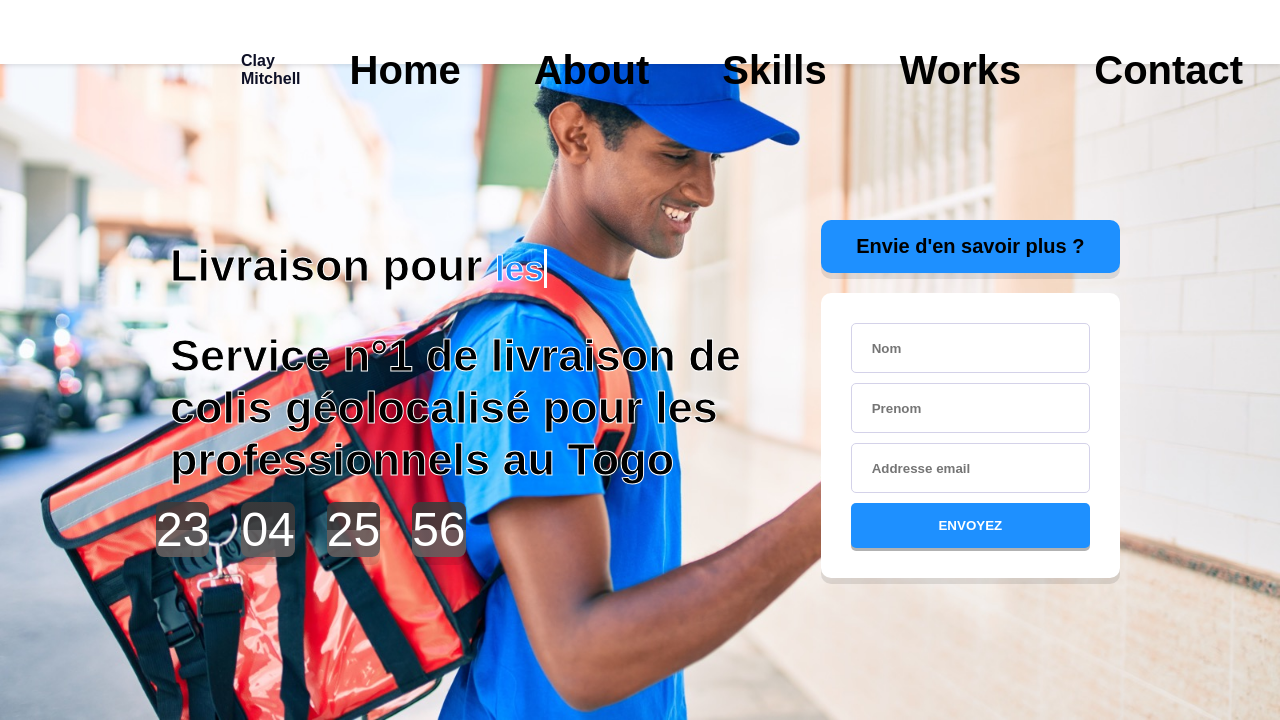
Repository: lawalalao/landpage
Page: index.html
An editor plug-in stored every save of this project. The page is shown before and after the next save, followed by the edit.
The browser window is 1280 px wide. The pictures show the whole page.
Some web fonts or font styles are not loaded; a fallback is used.

Above is the page before, as saved 2021-01-14 18:50:27.
Console error: TypeError: Cannot read properties of null (reading 'addEventListener')
Not found: assets/img/perfil.jpg

### index.html
<!DOCTYPE html>
<html lang="en">
<head>
    <meta charset="UTF-8">

    <meta name="viewport" content="width=device-width, initial-scale=1.0">
    <link rel="shortcut icon" type="image/x-icon" href="./assets/icone.png">
    <meta http-equiv="refresh" content="30">
    <link href="./assets/fontawesome-free-5.15.1-web/css/all.css" rel="stylesheet">
    <link rel="preconnect" href="https://fonts.gstatic.com">
    <link href="https://fonts.googleapis.com/css2?family=Allerta+Stencil&display=swap" rel="stylesheet">
    <link rel="stylesheet" href="style.css">
    <title>chapchap</title>
     <meta name="description" content="Service n°1 de livraison de colis géolocalisé pour les professionnels au Togo.comingsoon">
</head>
<body>
        <header class="header">
            <a href="#" class="header__logo">Clay</a>

            <i class='bx bx-menu header__toggle' id="header-toggle"></i>

            <nav class="nav" id="nav-menu">
                <div class="nav__content bd-grid">
                    <a href="" class="nav__perfil">
                        <div class="nav__img">
                            <img src="assets/img/perfil.jpg" alt="">
                        </div>

                        <div>
                            <span class="nav__name">Clay</span>
                            <span class="nav__name">Mitchell</span>
                        </div>
                    </a>

                    <div class="nav__menu">
                        <ul class="nav__list">
                            <li class="nav__item"><a href="#" class="nav__link active">Home</a></li>

                            <li class="nav__item dropdown">
                                <a href="#" class="nav__link dropdown__link">About <i class='bx bx-chevron-down dropdown__icon'></i></a>


                                <ul class="dropdown__menu">
                                    <li class="dropdown__item"><a href="#" class="nav__link">About me</a></li>
                                    <li class="dropdown__item"><a href="#" class="nav__link">Location</a></li>
                                    <li class="dropdown__item"><a href="#" class="nav__link">Studies</a></li>
                                </ul>
                            </li>

                            <li class="nav__item"><a href="#" class="nav__link">Skills</a></li>

                            <li class="nav__item dropdown">
                                <a href="#" class="nav__link dropdown__link">Works <i class='bx bx-chevron-down dropdown__icon'></i></a>


                                <ul class="dropdown__menu">
                                    <li class="dropdown__item"><a href="#" class="nav__link">Recent jobs</a></li>
                                    <li class="dropdown__item"><a href="#" class="nav__link">Better jobs</a></li>
                                    <li class="dropdown__item"><a href="#" class="nav__link">Work Awards</a></li>
                                </ul>
                            </li>

                            <li class="nav__item"><a href="#" class="nav__link">Contact</a></li>
                        </ul>
                    </div>
                </div>
            </nav>
        </header>
        <div class="nav" id="navbar">

            <nav class="navbar navbar-light bg-light">
            <a class="navbar-brand" href="#">
                <img src="./assets/logo.png" width="90" height="90" alt="logo" loading="lazy">
            </a>
            </nav>
            <div>
                <a href="https://web.facebook.com/chapchap.tg" target="_blank" ><i class="fab fa-facebook-square"></i></a>
                <a href="https://www.instagram.com/chapchap_tg/" target="_blank"><i class="fab fa-instagram-square"></i></a>
                <a href="https://twitter.com/chapchap_tg" target="_blank"><i class="fab fa-twitter-square"></i></a>
                <a href="https://www.linkedin.com/company/chapchap-tg" target="_blank" ><i class="fab fa-linkedin"></i></a>
            </div>
        </div>

    <section class="signup">
        <div class="signup-intro">
            <h1 class="z">Livraison pour
                <span class="txt-type" data-wait="500" data-words='["les colis", "les plis", "les marchandises", "le retail", "le dernier Kilometre"]'></span>
            </h1>
            <h1 class="x">Service n°1 de livraison de colis géolocalisé pour les professionnels au Togo</h1>
             <div class="countdown"></div>

        </div>

        <div class="signup-form">
            <div class="tryit-banner">
                <p>Envie d'en savoir plus ? </p>
            </div>

            <form action="https://formspree.io/f/xleollba" method="POST"">
                <input type="text" name="name" placeholder="Nom">
                <input type="text" name="name" placeholder="Prenom">
                <input type="email" name="_replyto"placeholder="Addresse email" required>

                <button class="button">Envoyez</button>

            </form>
        </div>
    </section>
</body>
<script src="./app.js"></script>
<script>  var prevScrollpos = window.pageYOffset;
      window.onscroll = function() {

      var currentScrollpos = window.pageYOffset;
      if(prevScrollpos > currentScrollpos) {
            document.getElementById("navbar").style.top = "0";
      } else {
            document.getElementById("navbar").style.top = "-400px";
      }

      prevScrollpos = currentScrollpos;

      }</script>
</html>

### style.css
/*===== GOOGLE FONTS =====*/
@import url("https://fonts.googleapis.com/css2?family=Open+Sans:wght@400;600&display=swap");

/*===== VARIABLES CSS =====*/
:root {
    --header-height: 3rem;

    /*===== Colors =====*/
    --first-color: #5B65F5;
    --first-color-light: #C4C7F5;
    --dark-color: #0E1026;
    --white-color: #FBFBFB;

    /*===== Font and typography =====*/
    --body-font: 'Open Sans', sans-serif;
    --nav-name-font-size: 1.5rem;
    --normal-font-size: .938rem;

    /*===== z index =====*/
    --z-fixed: 100;
}

@media screen and (min-width: 768px) {
    :root {
        --nav-name-font-size: 1rem;
        --normal-font-size: 1rem;
    }
}

/*===== BASE =====*/
*,
::before,
::after {
    box-sizing: border-box;
}

body {
    margin: var(--header-height) 0 0 0;
    font-family: var(--body-font);
    font-size: var(--normal-font-size);
    font-weight: 600;
}

ul {
    margin: 0;
    padding: 0;
    list-style: none;
}

a {
    text-decoration: none;
}

.bd-grid {
    max-width: 1024px;
    display: grid;
    grid-template-columns: 100%;
    margin-left: 1.5rem;
    margin-right: 1.5rem;
}

/*===== HEADER =====*/
.header {
    position: fixed;
    top: 0;
    left: 0;
    width: 100%;
    height: var(--header-height);
    padding: 0 1rem;
    background-color: #FFF;
    z-index: var(--z-fixed);
    display: flex;
    justify-content: space-between;
    align-items: center;
    box-shadow: 0 2px 4px rgba(0, 0, 0, 0.1);
}

.header__logo {
    color: var(--dark-color);
}

.header__toggle {
    font-size: 1.7rem;
    cursor: pointer;
}

/*===== NAV =====*/
@media screen and (max-width: 768px) {
    .nav {
        position: fixed;
        top: 0;
        left: -100%;
        background-color: var(--first-color);
        width: 80%;
        height: 100vh;
        padding: 2rem 0;
        z-index: var(--z-fixed);
        transition: .5s;
        overflow-y: auto;
    }
}

.nav__content {
    display: flex;
    flex-direction: column;
}

.nav__perfil {
    display: flex;
    flex-direction: column;
    align-items: center;
    text-align: center;
    margin-bottom: 3rem;
}

.nav__img {
    display: flex;
    justify-content: center;
    width: 60px;
    height: 60px;
    border-radius: 50%;
    overflow: hidden;
    margin-bottom: 1rem;
}

.nav__img img {
    width: 70px;
}

.nav__name {
    display: block;
    font-size: var(--nav-name-font-size);
    color: var(--white-color);
}

.nav__item {
    margin-bottom: 2rem;
}

.nav__link {
    color: var(--first-color-light);
}

.nav__link:hover {
    color: var(--white-color);
}

/*Show menu*/
.show {
    left: 0;
}

/*Active link*/
.active {
    color: var(--white-color);
}

/*=== Dropdown ===*/
.dropdown__link {
    display: flex;
    align-items: center;
    justify-content: space-between;
}

.dropdown__icon {
    font-size: 1.3rem;
    transition: .5s;
}

.dropdown__menu {
    margin: 1rem 0 0 1rem;
    display: none;
}

.dropdown__item {
    margin: 1rem 0;
}

.dropdown:hover>.dropdown__menu {
    display: block;
}

.dropdown:hover .dropdown__icon {
    transform: rotate(180deg);
}

/* ===== MEDIA QUERIES=====*/
@media screen and (min-width: 576px) {
    .nav {
        width: 288px;
    }
}

@media screen and (min-width: 768px) {
    body {
        margin: 0;
    }

    .header {
        height: calc(var(--header-height) + 1rem);
    }

    .header__logo,
    .header__toggle {
        display: none;
    }

    .nav {
        width: 100%;
    }

    .nav__content {
        flex-direction: row;
        justify-content: space-between;
        align-items: center;
    }

    .nav__perfil {
        flex-direction: row;
        text-align: initial;
        margin-bottom: 0;
    }

    .nav__img {
        width: 40px;
        height: 40px;
        margin-right: .5rem;
        margin-bottom: 0;
    }

    .nav__img img {
        width: 46px;
    }

    .nav__name {
        color: var(--dark-color);
    }

    .nav__list {
        display: flex;
        align-items: center;
    }

    .nav__item {
        margin: 0 1.5rem;
        padding: 1.4rem 0;
    }

    .nav__link {
        color: var(--dark-color);
    }

    .nav__link:hover {
        color: var(--first-color);
    }

    /*Active link new color*/
    .active {
        color: var(--first-color);
    }

    .dropdown {
        position: relative;
    }

    .dropdown__menu {
        position: fixed;
        margin: 0;
        top: calc(var(--header-height) + 1rem);
        padding: .5rem 1.5rem;
        box-shadow: 0 2px 4px rgba(0, 0, 0, 0.1);
        border-radius: .5rem;
    }

    .dropdown__item {
        margin: .5rem 0;
    }
}

@media screen and (min-width: 1024px) {
    .bd-grid {
        margin-left: auto;
        margin-right: auto;
    }
}
body {
    font-family: 'Allerta Stencil',
    sans-serif;
    max-width: 310px;
    margin: 0 auto;
    padding: 20px 20px;
    background: url("./assets/image.jpeg") center no-repeat;
    background-repeat: no-repeat;
    background-size: cover;
    color: Black;
    text-align: center;
}
.nav {
    margin-top: 30px;
    position: fixed;
    z-index: 1000;
    top: 0;
    right: 30px;
    left: 40px;
    height: 35px;
    display: flex;
    flex-direction: row;
    justify-content: space-between;
    align-items: center;
    padding: 0 25px 0 25px;
    background-color: transparent;
    transition: top 0.3s;


}

.z{
    margin-top: 70px;
}
.nav a {
    float: left;
    font-size: 28px;
    font-weight: bold;
    margin-left: 25px;
    color: black;
    text-decoration: none;

}
.txt-type>.txt {
    font-size: 35px;
    color: #1E90FF;
    border-right: 0.2rem solid white;
}
h1{
     -webkit-text-stroke: 1px white;
     color:black;
}
p {
    font-size: 14px;
}

.tryit-banner {
    background-color:#1E90FF;
    border-radius: 10px;
    margin-top: 50px;
    box-shadow: 0px 6px 0px rgba(0, 0, 0, 0.1);
    font-size: 14px;
}

.tryit-banner p {
    padding: 15px 0;
}

input, button {
    font-family: 'Allerta Stencil',
    sans-serif;
}

form {
    background-color: #fff;
    margin-top: 20px;
    display: flex;
    flex-direction: column;
    padding: 20px;
    border-radius: 10px;
    box-shadow: 0px 6px 0px rgba(0, 0, 0, 0.1);
}

input {
    box-sizing: border-box;
    width: 100%;
    height: 50px;
    padding-left: 20px;
    font-weight: 600;
    border: 1px solid hsl(245, 35%, 87%);
    border-radius: 5px;
    margin-bottom: 10px;
    transition: 0.1s;
}

input:hover {
    border: 1px solid hsl(246, 25%, 77%);
}

.button {
    background-color:#1E90FF;
    font-family: 'Allerta Stencil',
    sans-serif;
    border: none;
    border-radius: 5px;
    box-shadow: 0px 3px 0px rgba(0, 0, 0, 0.3);
    padding: 15px 0;
    text-transform: uppercase;
    color: #fff;
    font-weight: 600;
    transition: 0.5s;
}

.button:hover {
    background-color:#042b52;
}

.form-disclaimer {
    color: hsl(246, 25%, 77%);
    font-size: 10px;
}

.terms {
    text-decoration: none;
    font-weight: 600;
    color: hsl(0, 100%, 74%);
}
 .countdown {

    display: flex;
    margin-left: -30px;

    font-size: 30px;
     font-weight: 200;

 }

 .countdown div {

     background: linear-gradient(to bottom,
             rgba(61, 58, 58, 0.9) 50%,
             rgba(99, 93, 93, 0.9) 0);


     color: white;

     margin: 1rem 1rem 3rem 1rem;
     font-size: 3rem;
     font-weight: 400;
     display: flex;
     justify-content: center;
     align-items: center;
     box-shadow: 0px 8px 0px rgba(0, 0, 0, 0.1);
     border-radius: 8px;

     position: relative;
 }

 .countdown div::before {
     content: "";
     position: absolute;

     height: 0.24rem;
     background-color: #17181b;
 }

 .countdown div::after {
     content: attr(data-content);
     font-size: 6rem;
     font-weight: 400;
     position: absolute;
     bottom: -6rem;
 }

 @media screen and (min-width: 480px) {
     .countdown {
         font-size: 25px;
         display: flex;

     }
     .navbar-brand img {
         margin-top: 10px;
     }
     .countdown div {
         display: flex;
         margin: 1rem 1rem 1rem 1rem;
         font-size: 2rem;
         flex-direction: column;
     }

     .countdown div::after {
         font-size: 2rem;
         display: flex;
         flex-direction: column;
         width: 60%;

     }
 }

 @media screen and (min-width: 768px) {
     .countdown {
         font-size: 56px;


     }

     .countdown {
         font-size: 25px;
         display: flex;

     }

     .countdown div {
         display: flex;
         margin: 1rem 1rem 1rem 1rem;
         font-size: 3rem;
         flex-direction: column;
     }

     .countdown div::after {
         font-size: 2.2rem;
         display: flex;
         flex-direction: column;
         width: 60%;

     }

     .signup {
         text-align: center;
     }
 }

 @media screen and (min-width: 1024px) {
     header .content .countdown {
         font-size: 72px;

     }
 }

 @media screen and (min-width: 1280px) {
     .content .countdown {
         font-size: 56px;
     }
 }
@media screen and (min-width: 900px) {
    .nav{
        height: 80px;
    }
    .nav a {
        float: left;
        font-size: 40px;
        font-weight: bold;
        margin-left: 25px;
        color: black;
        text-decoration: none;

    }
    .signup {
        display: flex;
        justify-content: space-between;
    }

    .signup-intro {
        margin-top: 25px;
        width: 100%;
        margin-left: 10px;
        display: flex;
        flex-direction: column;
        justify-content: center;
        text-align: left;
    }

    .signup-form {
        width: 46%;
        font-family: 'Allerta Stencil',
        sans-serif;
        margin-top: 30px;
    }

    form {
        padding: 30px;
    }

    body {
        margin:100px auto;
        max-width: 1000px;
        padding: 40px 20px;
        background: url("./assets/image.jpeg") ;
        background-repeat: no-repeat;
        background-size: cover;
        font-family: 'Allerta Stencil',
        sans-serif;
    }

    h1 {
        font-size:45px;
        margin-bottom: 0px;
        -webkit-text-stroke: 1px white;
        color:black;
    }

    p {
        font-size: 20px;
    }
}

### app.js
const countdown = document.querySelector(".countdown");

const interval = setInterval(() => {
  const deadline = new Date(2021,01, 05, 00, 00, 00);

  const current = new Date();

  const diff = deadline - current;

  const days = Math.floor(diff / (1000 * 60 * 60 * 24)) + "";
  const hours = Math.floor((diff / (1000 * 60 * 60)) % 24) + "";
  const minutes = Math.floor((diff / (1000 * 60)) % 60) + "";
  const seconds = Math.floor((diff / 1000) % 60) + "";

  countdown.innerHTML = `
    <div data-content="">${days.length === 1 ? `0${days}` : days}</div>
    <div data-content="">${hours.length === 1 ? `0${hours}` : hours}</div>
    <div data-content="">${
      minutes.length === 1 ? `0${minutes}` : minutes
    }</div>
    <div data-content="">${
      seconds.length === 1 ? `0${seconds}` : seconds
    }</div>
`;

  if (diff < 0) {
    clearInterval(interval);
    countdown.innerHTML = "<h1>Here We Go!!!</h1>";
  }

  document.querySelector(".reset").addEventListener("click", () => {
    clearInterval(interval);

    const divs = document.querySelectorAll(".countdown div");

    divs.forEach((div) => {
      div.innerHTML = "00";
    });
  });
}, 1000);


// ES6 Class
class TypeWriter {
  constructor(txtElement, words, wait = 3000) {
    this.txtElement = txtElement;
    this.words = words;
    this.txt = '';
    this.wordIndex = 0;
    this.wait = parseInt(wait, 10);
    this.type();
    this.isDeleting = false;
  }

  type() {
    // Current index of word
    const current = this.wordIndex % this.words.length;
    // Get full text of current word
    const fullTxt = this.words[current];

    // Check if deleting
    if(this.isDeleting) {
      // Remove char
      this.txt = fullTxt.substring(0, this.txt.length - 1);
    } else {
      // Add char
      this.txt = fullTxt.substring(0, this.txt.length + 1);
    }

    // Insert txt into element
    this.txtElement.innerHTML = `<span class="txt">${this.txt}</span>`;

    // Initial Type Speed
    let typeSpeed = 300;

    if(this.isDeleting) {
      typeSpeed /= 2;
    }

    // If word is complete
    if(!this.isDeleting && this.txt === fullTxt) {
      // Make pause at end
      typeSpeed = this.wait;
      // Set delete to true
      this.isDeleting = true;
    } else if(this.isDeleting && this.txt === '') {
      this.isDeleting = false;
      // Move to next word
      this.wordIndex++;
      // Pause before start typing
      typeSpeed = 500;
    }

    setTimeout(() => this.type(), typeSpeed);
  }
}


// Init On DOM Load
document.addEventListener('DOMContentLoaded', init);

// Init App
function init() {
  const txtElement = document.querySelector('.txt-type');
  const words = JSON.parse(txtElement.getAttribute('data-words'));
  const wait = txtElement.getAttribute('data-wait');
  // Init TypeWriter
  new TypeWriter(txtElement, words, wait);
}

/*===== EXPANDER MENU  =====*/
const showMenu = (toggleId, navId)=>{
    const toggle = document.getElementById(toggleId),
    nav = document.getElementById(navId)

    if(toggle && nav){
      toggle.addEventListener('click', ()=>{
        nav.classList.toggle('show')
        toggle.classList.toggle('bx-x')
      })
    }
  }
  showMenu('header-toggle','nav-menu')

  /*===== ACTIVE AND REMOVE MENU =====*/
const navLink = document.querySelectorAll('.nav__link');

function linkAction(){
  /*Active link*/
  navLink.forEach(n => n.classList.remove('active'));
  this.classList.add('active');
}
navLink.forEach(n => n.addEventListener('click', linkAction));

Loaded but not shown: assets/fontawesome-free-5.15.1-web/css/all.css (library)

After the next save:
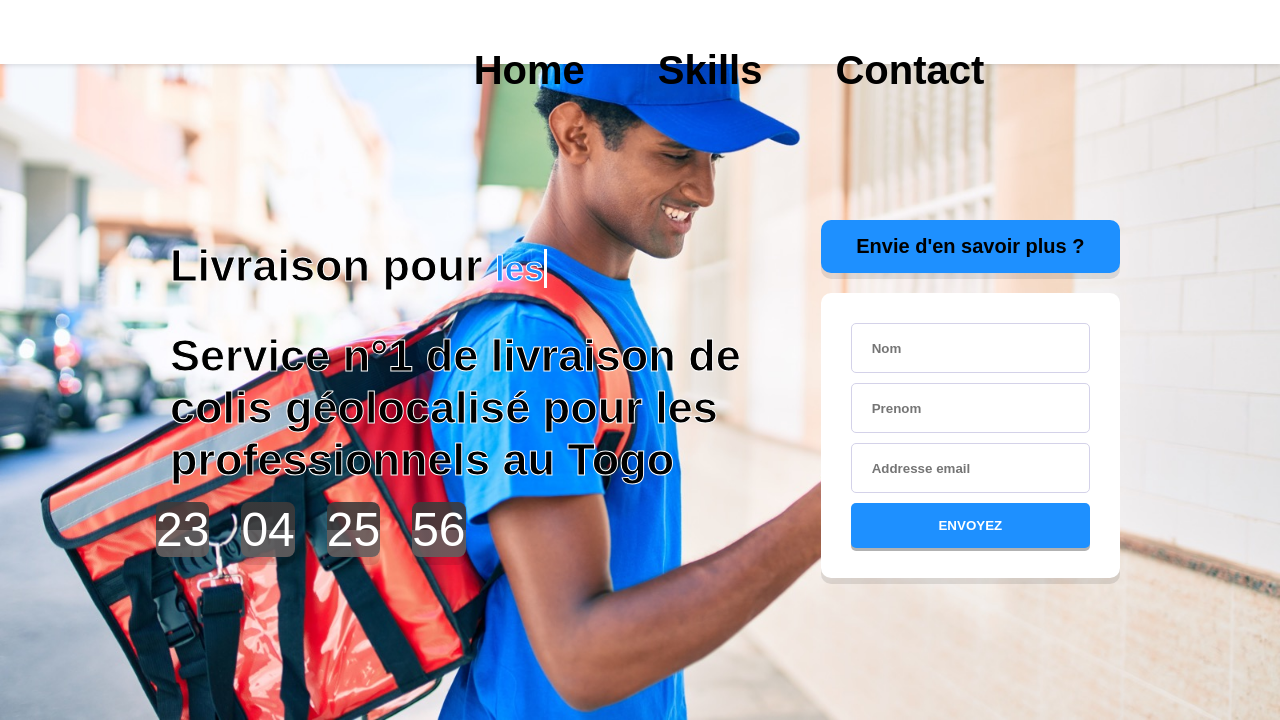
Saved 69 s later.
--- a/index.html
+++ b/index.html
@@ -26,39 +26,17 @@
                             <img src="assets/img/perfil.jpg" alt="">
                         </div>
 
-                        <div>
-                            <span class="nav__name">Clay</span>
-                            <span class="nav__name">Mitchell</span>
-                        </div>
                     </a>
 
                     <div class="nav__menu">
                         <ul class="nav__list">
                             <li class="nav__item"><a href="#" class="nav__link active">Home</a></li>
 
-                            <li class="nav__item dropdown">
-                                <a href="#" class="nav__link dropdown__link">About <i class='bx bx-chevron-down dropdown__icon'></i></a>
 
-
-                                <ul class="dropdown__menu">
-                                    <li class="dropdown__item"><a href="#" class="nav__link">About me</a></li>
-                                    <li class="dropdown__item"><a href="#" class="nav__link">Location</a></li>
-                                    <li class="dropdown__item"><a href="#" class="nav__link">Studies</a></li>
-                                </ul>
-                            </li>
 
                             <li class="nav__item"><a href="#" class="nav__link">Skills</a></li>
 
-                            <li class="nav__item dropdown">
-                                <a href="#" class="nav__link dropdown__link">Works <i class='bx bx-chevron-down dropdown__icon'></i></a>
 
-
-                                <ul class="dropdown__menu">
-                                    <li class="dropdown__item"><a href="#" class="nav__link">Recent jobs</a></li>
-                                    <li class="dropdown__item"><a href="#" class="nav__link">Better jobs</a></li>
-                                    <li class="dropdown__item"><a href="#" class="nav__link">Work Awards</a></li>
-                                </ul>
-                            </li>
 
                             <li class="nav__item"><a href="#" class="nav__link">Contact</a></li>
                         </ul>
